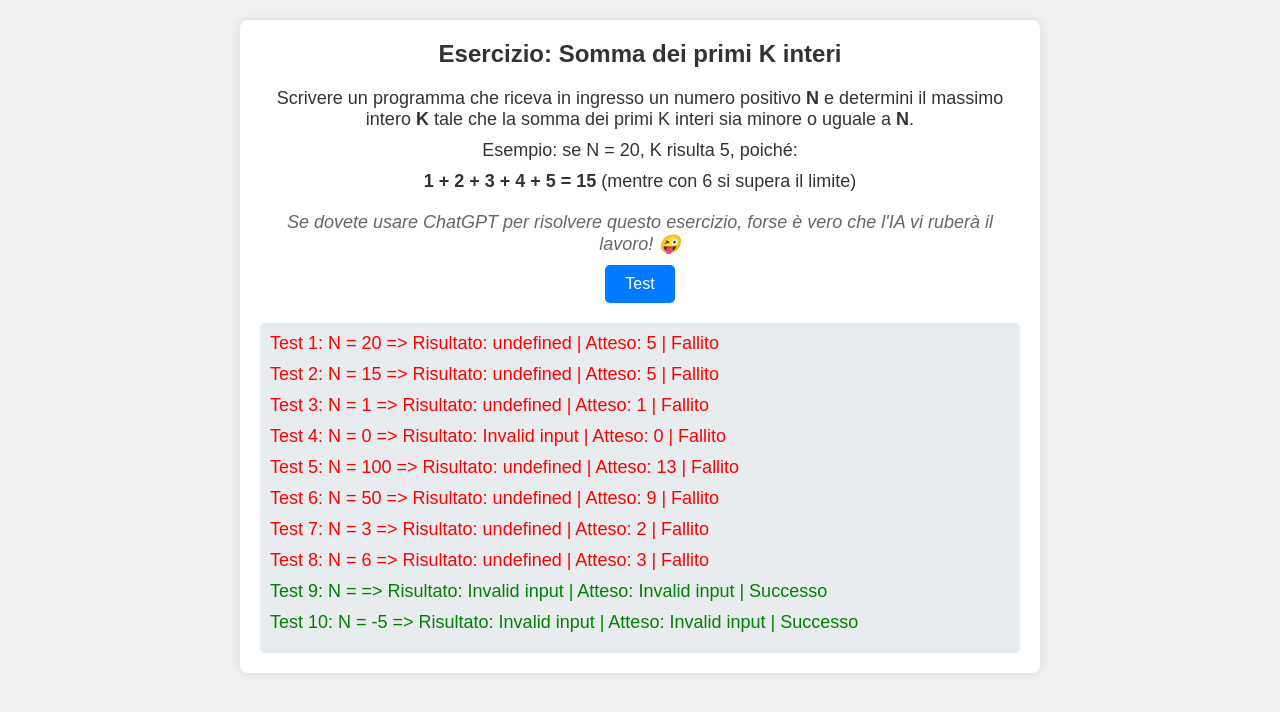
Repository: JoseManuel-Feliz/merenda1
Page: index.html
These files come from the project's save history. The page is drawn as it stood at one moment and after the next save; the edit follows.
The browser window is 1280 px wide. The pictures show the whole page.
After loading, the first visible `#run-tests` was clicked once.

Above is the page before, as saved 2024-10-01 16:56:26.

### index.html
<!DOCTYPE html>
<html lang="it">

<head>
    <meta charset="UTF-8">
    <meta name="viewport" content="width=device-width, initial-scale=1.0">
    <title>Esercizio Somma di K Interi</title>
    <link rel="stylesheet" href="style.css">
</head>

<body>
    <div class="container">
        <h1>Esercizio: Somma dei primi K interi</h1>
        <p>
            Scrivere un programma che riceva in ingresso un numero positivo <strong>N</strong>
            e determini il massimo intero <strong>K</strong> tale che la somma dei primi K interi
            sia minore o uguale a <strong>N</strong>.
        </p>
        <p>Esempio: se N = 20, K risulta 5, poiché:</p>
        <p><strong>1 + 2 + 3 + 4 + 5 = 15</strong> (mentre con 6 si supera il limite)</p>
        <p style="margin-top: 20px; font-style: italic; color: #666;">
            Se dovete usare ChatGPT per risolvere questo esercizio, forse è vero che l'IA vi ruberà il lavoro! 😜
        </p>

        <button id="run-tests">Test</button>
        <div id="results"></div>
    </div>
    <script src="merenda.js"></script>
    <script src="script.js"></script>
</body>

</html>

### style.css
* {
    box-sizing: border-box;
    margin: 0;
    padding: 0;
}

body {
    font-family: Arial, sans-serif;
    background-color: #f0f0f0;
    color: #333;
    padding: 20px;
}

.container {
    max-width: 800px;
    margin: 0 auto;
    padding: 20px;
    background-color: #fff;
    border-radius: 8px;
    box-shadow: 0 0 10px rgba(0, 0, 0, 0.1);
    text-align: center;
}

h1 {
    font-size: 24px;
    margin-bottom: 20px;
}

p {
    font-size: 18px;
    margin-bottom: 10px;
}

button {
    padding: 10px 20px;
    font-size: 16px;
    border: none;
    background-color: #007bff;
    color: #fff;
    border-radius: 5px;
    cursor: pointer;
}

button:hover {
    background-color: #0056b3;
}

#results {
    margin-top: 20px;
    padding: 10px;
    background-color: #e9ecef;
    border-radius: 5px;
    text-align: left;
}

### merenda.js
function sommaInteri(N) {
    let somma = 0;
    let count = 0;

    if (N < 0 || !N) {
        return 'Invalid input';
    }
    for (let i = 1; i <= N; i++) {
        if (somma + i > N && somma === 0) {
            return count;
        }
        somma += i;
        console.log(somma)
        count++;
        console.log(count)
    }
}

### script.js
document.getElementById('run-tests').addEventListener('click', function () {
    const resultsContainer = document.getElementById('results');
    resultsContainer.innerHTML = '';

    const testCases = [
        { N: 20, expected: 5 },
        { N: 15, expected: 5 },
        { N: 1, expected: 1 },
        { N: 0, expected: 0 },
        { N: 100, expected: 13 },
        { N: 50, expected: 9 },
        { N: 3, expected: 2 },
        { N: 6, expected: 3 },
        { N: '', expected: 'Invalid input' },
        { N: -5, expected: 'Invalid input' },
    ];

    testCases.forEach((test, index) => {
        try {
            const result = sommaInteri(test.N);
            const passed = result === test.expected;
            const message = `Test ${index + 1}: N = ${test.N} => Risultato: ${result} | Atteso: ${test.expected} | ${passed ? 'Successo' : 'Fallito'}`;
            const resultElement = document.createElement('p');
            resultElement.textContent = message;
            resultElement.style.color = passed ? 'green' : 'red';
            resultsContainer.appendChild(resultElement);
        } catch (error) {
            const message = `Test ${index + 1}: N = ${test.N} ha generato un errore: ${error.message}`;
            const resultElement = document.createElement('p');
            resultElement.textContent = message;
            resultElement.style.color = 'red';
            resultsContainer.appendChild(resultElement);
        }
    });
});

After the next save:
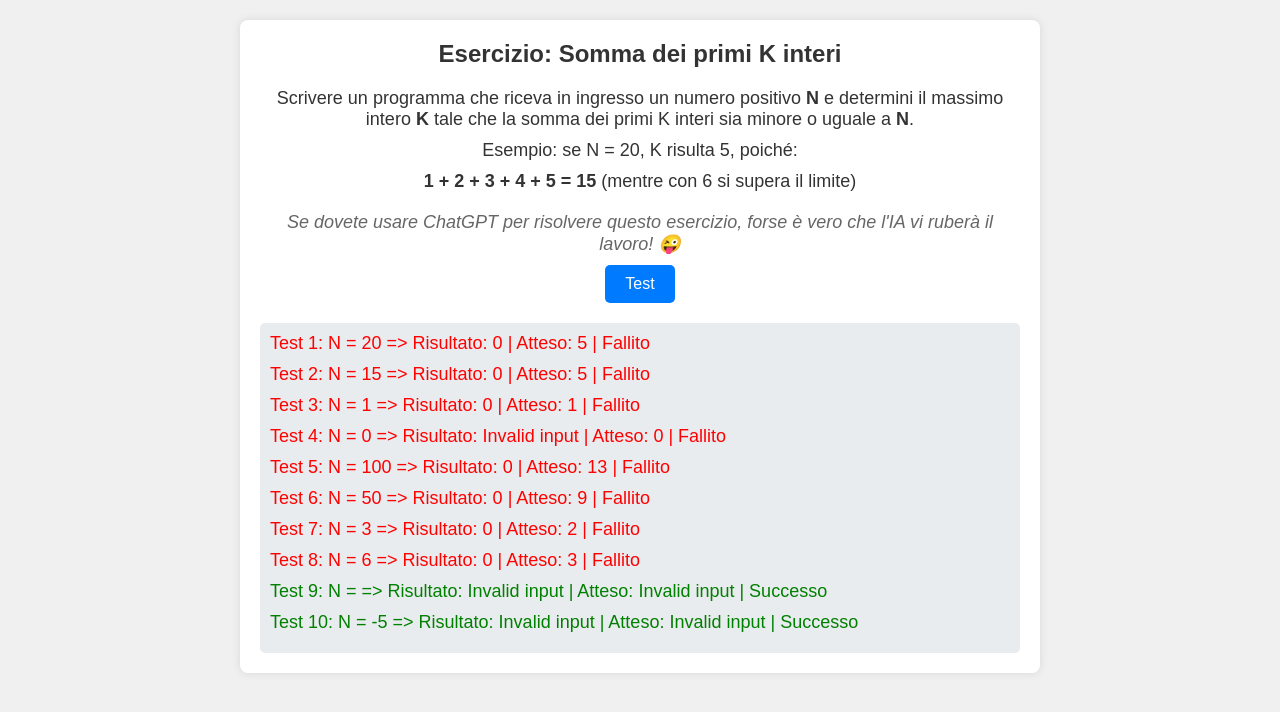
Saved 15 s later.
--- a/merenda.js
+++ b/merenda.js
@@ -6,7 +6,7 @@ function sommaInteri(N) {
         return 'Invalid input';
     }
     for (let i = 1; i <= N; i++) {
-        if (somma + i > N && somma === 0) {
+        if (somma + i > N || somma === 0) {
             return count;
         }
         somma += i;
